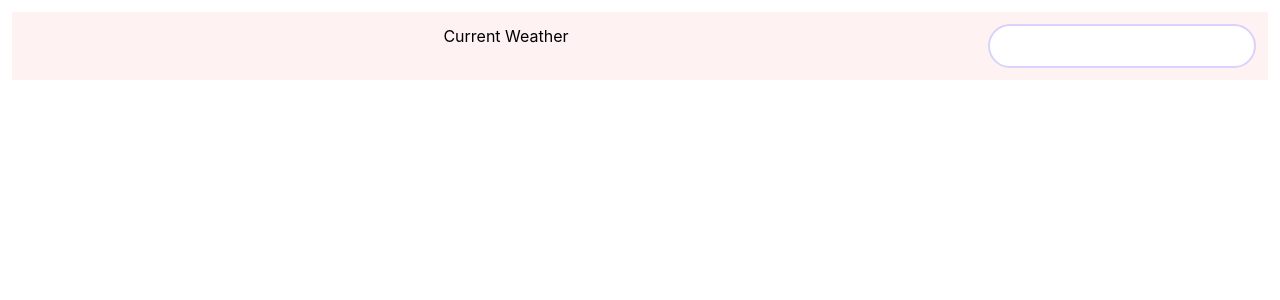
Repository: clintonmedbery/weather-client
Page: /
An editor plug-in stored every save of this project. The page is shown before and after a run of saves, followed by the edit.
The browser window is 1280 px wide. The pictures show the whole page.
The project was rebuilt for these pictures with package versions that can differ from the ones it lists, and the page was loaded fresh each time. Also part of the build but not shown: craco.config.js.

Above is the page before, as saved 2021-04-14 13:20:51.

After the next 2 saves:
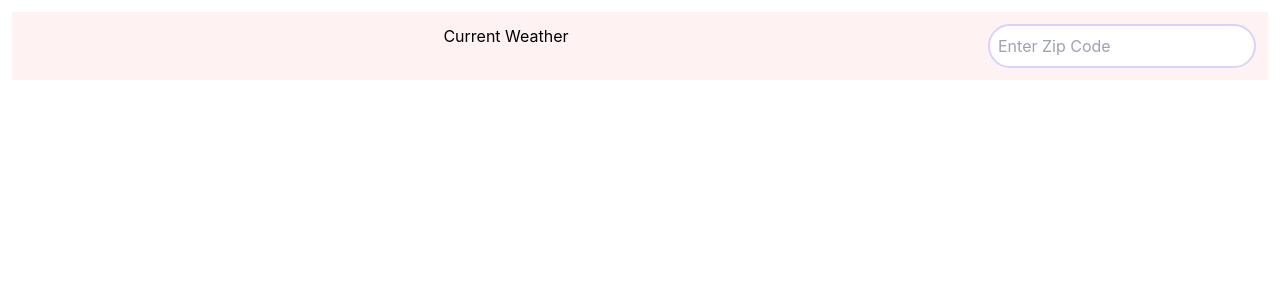
The 2 saves are shown as one change because 1 did not build or start.
The last was saved 17 s later.
--- a/src/modules/weather-page.component.js
+++ b/src/modules/weather-page.component.js
@@ -18,7 +18,7 @@ const Header = () => {
     <div className="flex w-90 bg-red-50 m-3 p-3">
       <div className="flex-grow">Current Weather</div>
       <div className="flex-none">
-        <Input />
+        <Input placeholder="Enter Zip Code"/>
       </div>
     </div>
   )
